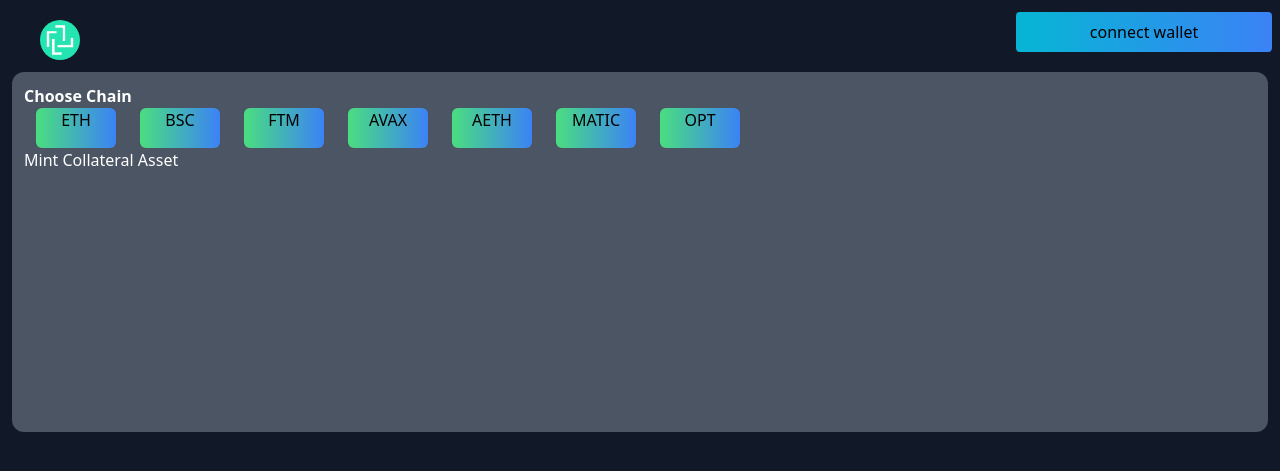
Repository: AstriaFinance/AstriaMvp
Page: /
These files come from the project's save history. The page is drawn as it stood at one moment and after the next save; the edit follows.
The browser window is 1280 px wide. The pictures show the whole page.
The project was rebuilt for these pictures with package versions that can differ from the ones it lists, and the page was loaded fresh each time. Also part of the build but not shown: src/components/Nav.jsx, src/components/ErrorPage.jsx.

Above is the page before, as saved 2022-07-04 10:17:48.

### src/index.css
@tailwind base;
@tailwind components;
@tailwind utilities;

@import url("https://fonts.googleapis.com/css2?family=Gentium+Book+Plus:ital@1&display=swap");

### src/App.js
import { Nav, Home, ErrorPage } from "./components";
import { BrowserRouter as Router, Routes, Route, Link } from "react-router-dom";
function App() {
  return (
    <Router>
      <Routes>
        <Route path="/" element={<Home />} />
        <Route path="/AstriaMvp" element={<Home />} />
        <Route path="*" element={<ErrorPage />} />
      </Routes>
    </Router>
  );
}

export default App;

### src/components/index.js
export { default as Nav } from "./Nav";
export { default as ErrorPage } from "./ErrorPage";
export { default as Home } from "./Home";

### src/components/Home.jsx
import React, { useEffect, useState } from "react";
import astriaPorta_abi from "../contracts/astriaPorta_abi.json";
import testEth_abi from "../contracts/testEth_abi";
import xap_abi from "../contracts/xap_abi.json";
import logo from "../static/astria2.jpg";
import { ethers } from "ethers";

const Home = () => {
  const contractAddress = "0x1b3781eA482113695622EF6C31Fb38c4e02C95A0";
  const testEthContractAddress = "0x8c5696f345827C2d5A7a2e48F815A428eCC87437";
  const xapContractAddress = "0x5272c7F5eA6E5F9bb88f20B9f47Bd0f29e5921EC";
  const [conButtonText, setConButtonText] = useState("connect wallet");
  const [errorMessage, setErrorMessage] = useState(null);
  const [defaultAccount, setDefaultAccount] = useState(null);
  const [provider, setProvider] = useState(null);
  const [signer, setSigner] = useState(null);
  const [contract, setContract] = useState(null);
  const [transferHash, setTransferHah] = useState(null);
  const [depositHash, setDepositHash] = useState(null);
  const [testEthContract, setTestEthContract] = useState(null);
  const [borrowHash, setBorrowHash] = useState(null);
  const [sendHash, setSendHash] = useState(null);
  const [xapContract, setxapContract] = useState(null);
  const [TausdBalance, setTausdBalance] = useState(null);
  const [TestBalance, setTestBalance] = useState(null);

  const connectWalletHandler = () => {
    if (window.ethereum) {
      window.ethereum
        .request({ method: "eth_requestAccounts" })
        .then((result) => {
          accountChangedHandler(result[0]);
          setConButtonText("Wallet connected");
        })
        .catch((error) => {
          setErrorMessage(error.message);
        });
    } else {
      console.log("Install Metamask");
      setErrorMessage("Please Install Metamask");
    }
    TausdbalanceHandler();
    testColleteralHandler();
  };

  const accountChangedHandler = (newAddress) => {
    setDefaultAccount(newAddress);
    updateEthers();
  };

  const updateEthers = () => {
    let tempProvider = new ethers.providers.Web3Provider(window.ethereum);
    let tempSigner = tempProvider.getSigner();
    let tempContract = new ethers.Contract(
      contractAddress,
      astriaPorta_abi,
      tempSigner
    );
    let testEthContract = new ethers.Contract(
      testEthContractAddress,
      testEth_abi,
      tempSigner
    );
    let xapContract = new ethers.Contract(
      xapContractAddress,
      xap_abi,
      tempSigner
    );
    setProvider(tempProvider);
    setSigner(tempSigner);
    setContract(tempContract);
    setTestEthContract(testEthContract);
    setxapContract(xapContract);
  };

  const mintHandler = async (e) => {
    e.preventDefault();
    let mintAmount = e.target.mintAmount.value;

    let txn = await contract.Mint(mintAmount);
    setTransferHah(txn);
  };

  const depositHandler = async (e) => {
    e.preventDefault();
    let depositAmount = e.target.depositAmount.value;

    let depositTxn = await contract.deposit(depositAmount);
    setDepositHash(depositTxn);
  };

  const borrowHandler = async (e) => {
    e.preventDefault();
    let borrowAmount = e.target.borrowAmount.value;
    let borrowtxn = await contract.borrow(borrowAmount);
    setBorrowHash(borrowtxn);
  };

  const sendTokenHandler = async (e) => {
    e.preventDefault();
    let messageFee = ethers.utils.parseEther("0.025");
    let tempSigner = signer.getAddress();
    let dstChainId = 10002;
    let to = tempSigner;
    let qty = e.target.qty.value;
    let zeroPaymentAddress = tempSigner;
    let adapterParam = "0x";
    let sendTokenTransaction = await xapContract.sendTokens(
      dstChainId,
      to,
      qty,
      zeroPaymentAddress,
      adapterParam,
      { value: ethers.utils.parseEther("0.01") }
    );
    setSendHash(sendTokenTransaction);
  };

  const approveTestEth = async (e) => {
    e.preventDefault();
    await testEthContract.approve(contractAddress, "9007199254740990");
  };

  const TausdbalanceHandler = async () => {
    let balanceTausdToken = await xapContract.balanceOf(defaultAccount);
    let balanceTausdNum = balanceTausdToken.toNumber();
    let decimals = await xapContract.decimals();
    let tokenBalance = balanceTausdNum / Math.pow(10, decimals);
    setTausdBalance(toFixed(tokenBalance));
  };

  const testColleteralHandler = async () => {
    let balanceTestToken = await testEthContract.balanceOf(defaultAccount);
    let balanceTestTokenNum = balanceTestToken.toNumber();
    let decimals = await testEthContract.decimals();
    let tokenBalance = balanceTestTokenNum / Math.pow(10, decimals);

    setTestBalance(toFixed(tokenBalance));
  };

  function toFixed(x) {
    if (Math.abs(x) < 1.0) {
      var e = parseInt(x.toString().split("e-")[1]);
      if (e) {
        x *= Math.pow(10, e - 1);
        x = "0." + new Array(e).join("0") + x.toString().substring(2);
      }
    } else {
      var e = parseInt(x.toString().split("+")[1]);
      if (e > 20) {
        e -= 20;
        x /= Math.pow(10, e);
        x += new Array(e + 1).join("0");
      }
    }
    return x;
  }
  useEffect(() => {
    if (contract != null) {
    }
  }, []);
  return (
    <div className="bg-gray-900 h-screen">
      <div className="flex justify-between">
        <img src={logo} alt="" className="h-10 mt-5 mx-10 rounded-full" />

        <button
          onClick={connectWalletHandler}
          className="bg-gradient-to-r from-cyan-500 to-blue-500 rounded w-64 h-10 mt-3 mr-2"
        >
          {conButtonText}
        </button>
      </div>
      <div className="bg-gray-600 rounded-xl h-1/2 mx-3 my-3 p-3">
        <h2 className="text-white font-bold ">Choose Chain</h2>
        <div className="flex  overflow-x-auto text-center">
          <div className=" bg-gradient-to-r from-green-400 to-blue-500 rounded-md h-10 w-20 items-center    mx-3">
            ETH
          </div>
          <div className="bg-gradient-to-r from-green-400 to-blue-500 rounded-md w-20  mx-3">
            BSC
          </div>
          <div className="bg-gradient-to-r from-green-400 to-blue-500 rounded-md w-20  mx-3">
            FTM
          </div>
          <div className="bg-gradient-to-r from-green-400 to-blue-500 rounded-md w-20  mx-3">
            AVAX
          </div>
          <div className="bg-gradient-to-r from-green-400 to-blue-500 rounded-md w-20  mx-3">
            AETH
          </div>
          <div className="bg-gradient-to-r from-green-400 to-blue-500 rounded-md w-20  mx-3">
            MATIC
          </div>
          <div className="bg-gradient-to-r from-green-400 to-blue-500 rounded-md w-20  mx-3">
            OPT
          </div>
        </div>
        <div>
          <div className="text-white">Mint Collateral Asset</div>
        </div>
      </div>
    </div>
  );
};

export default Home;

### src/contracts/astriaPorta_abi.json
[
	{
		"inputs": [
			{
				"internalType": "contract IXAP",
				"name": "_XAP",
				"type": "address"
			}
		],
		"stateMutability": "nonpayable",
		"type": "constructor"
	},
	{
		"anonymous": false,
		"inputs": [
			{
				"indexed": true,
				"internalType": "address",
				"name": "masterContract",
				"type": "address"
			},
			{
				"indexed": false,
				"internalType": "bytes",
				"name": "data",
				"type": "bytes"
			},
			{
				"indexed": true,
				"internalType": "address",
				"name": "cloneAddress",
				"type": "address"
			}
		],
		"name": "LogDeploy",
		"type": "event"
	},
	{
		"anonymous": false,
		"inputs": [
			{
				"indexed": false,
				"internalType": "address",
				"name": "to",
				"type": "address"
			},
			{
				"indexed": false,
				"internalType": "uint256",
				"name": "amount",
				"type": "uint256"
			}
		],
		"name": "Minted",
		"type": "event"
	},
	{
		"anonymous": false,
		"inputs": [
			{
				"indexed": false,
				"internalType": "address",
				"name": "from",
				"type": "address"
			},
			{
				"indexed": false,
				"internalType": "uint256",
				"name": "amount",
				"type": "uint256"
			}
		],
		"name": "borrowed",
		"type": "event"
	},
	{
		"anonymous": false,
		"inputs": [
			{
				"indexed": false,
				"internalType": "address",
				"name": "from",
				"type": "address"
			},
			{
				"indexed": false,
				"internalType": "uint256",
				"name": "amount",
				"type": "uint256"
			}
		],
		"name": "deposited",
		"type": "event"
	},
	{
		"inputs": [],
		"name": "BORROW_OPENING_FEE",
		"outputs": [
			{
				"internalType": "uint256",
				"name": "",
				"type": "uint256"
			}
		],
		"stateMutability": "view",
		"type": "function"
	},
	{
		"inputs": [],
		"name": "COLLATERIZATION_RATE",
		"outputs": [
			{
				"internalType": "uint256",
				"name": "",
				"type": "uint256"
			}
		],
		"stateMutability": "view",
		"type": "function"
	},
	{
		"inputs": [],
		"name": "LIQUIDATION_MULTIPLIER",
		"outputs": [
			{
				"internalType": "uint256",
				"name": "",
				"type": "uint256"
			}
		],
		"stateMutability": "view",
		"type": "function"
	},
	{
		"inputs": [
			{
				"internalType": "uint256",
				"name": "_amount",
				"type": "uint256"
			}
		],
		"name": "Mint",
		"outputs": [],
		"stateMutability": "nonpayable",
		"type": "function"
	},
	{
		"inputs": [],
		"name": "XAP",
		"outputs": [
			{
				"internalType": "contract IXAP",
				"name": "",
				"type": "address"
			}
		],
		"stateMutability": "view",
		"type": "function"
	},
	{
		"inputs": [
			{
				"internalType": "address",
				"name": "_spender",
				"type": "address"
			},
			{
				"internalType": "uint256",
				"name": "_amount",
				"type": "uint256"
			}
		],
		"name": "approve",
		"outputs": [],
		"stateMutability": "nonpayable",
		"type": "function"
	},
	{
		"inputs": [
			{
				"internalType": "uint256",
				"name": "amount",
				"type": "uint256"
			}
		],
		"name": "borrow",
		"outputs": [],
		"stateMutability": "nonpayable",
		"type": "function"
	},
	{
		"inputs": [
			{
				"internalType": "uint16",
				"name": "_dstChainId",
				"type": "uint16"
			},
			{
				"internalType": "bytes",
				"name": "_to",
				"type": "bytes"
			},
			{
				"internalType": "uint256",
				"name": "amount",
				"type": "uint256"
			},
			{
				"internalType": "address",
				"name": "_zroPaymentAddress",
				"type": "address"
			},
			{
				"internalType": "bytes",
				"name": "_adapterParam",
				"type": "bytes"
			}
		],
		"name": "borrowTo",
		"outputs": [],
		"stateMutability": "nonpayable",
		"type": "function"
	},
	{
		"inputs": [],
		"name": "collateral",
		"outputs": [
			{
				"internalType": "contract ITestETH",
				"name": "",
				"type": "address"
			}
		],
		"stateMutability": "view",
		"type": "function"
	},
	{
		"inputs": [
			{
				"internalType": "address",
				"name": "masterContract",
				"type": "address"
			},
			{
				"internalType": "bytes",
				"name": "data",
				"type": "bytes"
			},
			{
				"internalType": "bool",
				"name": "useCreate2",
				"type": "bool"
			}
		],
		"name": "deploy",
		"outputs": [
			{
				"internalType": "address",
				"name": "cloneAddress",
				"type": "address"
			}
		],
		"stateMutability": "payable",
		"type": "function"
	},
	{
		"inputs": [
			{
				"internalType": "uint256",
				"name": "amount",
				"type": "uint256"
			}
		],
		"name": "deposit",
		"outputs": [],
		"stateMutability": "payable",
		"type": "function"
	},
	{
		"inputs": [
			{
				"internalType": "address",
				"name": "",
				"type": "address"
			}
		],
		"name": "depositsToAmount",
		"outputs": [
			{
				"internalType": "uint256",
				"name": "",
				"type": "uint256"
			}
		],
		"stateMutability": "view",
		"type": "function"
	},
	{
		"inputs": [],
		"name": "feeTo",
		"outputs": [
			{
				"internalType": "address",
				"name": "",
				"type": "address"
			}
		],
		"stateMutability": "view",
		"type": "function"
	},
	{
		"inputs": [
			{
				"internalType": "bytes",
				"name": "data",
				"type": "bytes"
			}
		],
		"name": "init",
		"outputs": [],
		"stateMutability": "payable",
		"type": "function"
	},
	{
		"inputs": [
			{
				"internalType": "address",
				"name": "",
				"type": "address"
			}
		],
		"name": "masterContractOf",
		"outputs": [
			{
				"internalType": "address",
				"name": "",
				"type": "address"
			}
		],
		"stateMutability": "view",
		"type": "function"
	},
	{
		"inputs": [],
		"name": "oracle",
		"outputs": [
			{
				"internalType": "contract IOracle",
				"name": "",
				"type": "address"
			}
		],
		"stateMutability": "view",
		"type": "function"
	},
	{
		"inputs": [],
		"name": "oracleData",
		"outputs": [
			{
				"internalType": "bytes",
				"name": "",
				"type": "bytes"
			}
		],
		"stateMutability": "view",
		"type": "function"
	},
	{
		"inputs": [
			{
				"internalType": "contract ITestETH",
				"name": "_collateral",
				"type": "address"
			}
		],
		"name": "setTestColleteral",
		"outputs": [],
		"stateMutability": "nonpayable",
		"type": "function"
	},
	{
		"inputs": [],
		"name": "testColleteral",
		"outputs": [
			{
				"internalType": "contract ITestETH",
				"name": "",
				"type": "address"
			}
		],
		"stateMutability": "view",
		"type": "function"
	},
	{
		"inputs": [],
		"name": "totalDeposits",
		"outputs": [
			{
				"internalType": "uint256",
				"name": "",
				"type": "uint256"
			}
		],
		"stateMutability": "view",
		"type": "function"
	}
]

### src/contracts/testEth_abi.json
[
	{
		"inputs": [],
		"stateMutability": "nonpayable",
		"type": "constructor"
	},
	{
		"anonymous": false,
		"inputs": [
			{
				"indexed": true,
				"internalType": "address",
				"name": "owner",
				"type": "address"
			},
			{
				"indexed": true,
				"internalType": "address",
				"name": "spender",
				"type": "address"
			},
			{
				"indexed": false,
				"internalType": "uint256",
				"name": "value",
				"type": "uint256"
			}
		],
		"name": "Approval",
		"type": "event"
	},
	{
		"anonymous": false,
		"inputs": [
			{
				"indexed": true,
				"internalType": "address",
				"name": "previousOwner",
				"type": "address"
			},
			{
				"indexed": true,
				"internalType": "address",
				"name": "newOwner",
				"type": "address"
			}
		],
		"name": "OwnershipTransferred",
		"type": "event"
	},
	{
		"anonymous": false,
		"inputs": [
			{
				"indexed": true,
				"internalType": "address",
				"name": "from",
				"type": "address"
			},
			{
				"indexed": true,
				"internalType": "address",
				"name": "to",
				"type": "address"
			},
			{
				"indexed": false,
				"internalType": "uint256",
				"name": "value",
				"type": "uint256"
			}
		],
		"name": "Transfer",
		"type": "event"
	},
	{
		"inputs": [
			{
				"internalType": "address",
				"name": "owner",
				"type": "address"
			},
			{
				"internalType": "address",
				"name": "spender",
				"type": "address"
			}
		],
		"name": "allowance",
		"outputs": [
			{
				"internalType": "uint256",
				"name": "",
				"type": "uint256"
			}
		],
		"stateMutability": "view",
		"type": "function"
	},
	{
		"inputs": [
			{
				"internalType": "address",
				"name": "spender",
				"type": "address"
			},
			{
				"internalType": "uint256",
				"name": "amount",
				"type": "uint256"
			}
		],
		"name": "approve",
		"outputs": [
			{
				"internalType": "bool",
				"name": "",
				"type": "bool"
			}
		],
		"stateMutability": "nonpayable",
		"type": "function"
	},
	{
		"inputs": [
			{
				"internalType": "address",
				"name": "account",
				"type": "address"
			}
		],
		"name": "balanceOf",
		"outputs": [
			{
				"internalType": "uint256",
				"name": "",
				"type": "uint256"
			}
		],
		"stateMutability": "view",
		"type": "function"
	},
	{
		"inputs": [
			{
				"internalType": "uint256",
				"name": "amount",
				"type": "uint256"
			}
		],
		"name": "burn",
		"outputs": [],
		"stateMutability": "nonpayable",
		"type": "function"
	},
	{
		"inputs": [
			{
				"internalType": "address",
				"name": "account",
				"type": "address"
			},
			{
				"internalType": "uint256",
				"name": "amount",
				"type": "uint256"
			}
		],
		"name": "burnFrom",
		"outputs": [],
		"stateMutability": "nonpayable",
		"type": "function"
	},
	{
		"inputs": [],
		"name": "decimals",
		"outputs": [
			{
				"internalType": "uint8",
				"name": "",
				"type": "uint8"
			}
		],
		"stateMutability": "view",
		"type": "function"
	},
	{
		"inputs": [
			{
				"internalType": "address",
				"name": "spender",
				"type": "address"
			},
			{
				"internalType": "uint256",
				"name": "subtractedValue",
				"type": "uint256"
			}
		],
		"name": "decreaseAllowance",
		"outputs": [
			{
				"internalType": "bool",
				"name": "",
				"type": "bool"
			}
		],
		"stateMutability": "nonpayable",
		"type": "function"
	},
	{
		"inputs": [
			{
				"internalType": "address",
				"name": "spender",
				"type": "address"
			},
			{
				"internalType": "uint256",
				"name": "addedValue",
				"type": "uint256"
			}
		],
		"name": "increaseAllowance",
		"outputs": [
			{
				"internalType": "bool",
				"name": "",
				"type": "bool"
			}
		],
		"stateMutability": "nonpayable",
		"type": "function"
	},
	{
		"inputs": [
			{
				"internalType": "address",
				"name": "to",
				"type": "address"
			},
			{
				"internalType": "uint256",
				"name": "amount",
				"type": "uint256"
			}
		],
		"name": "mint",
		"outputs": [],
		"stateMutability": "nonpayable",
		"type": "function"
	},
	{
		"inputs": [],
		"name": "name",
		"outputs": [
			{
				"internalType": "string",
				"name": "",
				"type": "string"
			}
		],
		"stateMutability": "view",
		"type": "function"
	},
	{
		"inputs": [],
		"name": "owner",
		"outputs": [
			{
				"internalType": "address",
				"name": "",
				"type": "address"
			}
		],
		"stateMutability": "view",
		"type": "function"
	},
	{
		"inputs": [],
		"name": "renounceOwnership",
		"outputs": [],
		"stateMutability": "nonpayable",
		"type": "function"
	},
	{
		"inputs": [],
		"name": "symbol",
		"outputs": [
			{
				"internalType": "string",
				"name": "",
				"type": "string"
			}
		],
		"stateMutability": "view",
		"type": "function"
	},
	{
		"inputs": [],
		"name": "totalSupply",
		"outputs": [
			{
				"internalType": "uint256",
				"name": "",
				"type": "uint256"
			}
		],
		"stateMutability": "view",
		"type": "function"
	},
	{
		"inputs": [
			{
				"internalType": "address",
				"name": "to",
				"type": "address"
			},
			{
				"internalType": "uint256",
				"name": "amount",
				"type": "uint256"
			}
		],
		"name": "transfer",
		"outputs": [
			{
				"internalType": "bool",
				"name": "",
				"type": "bool"
			}
		],
		"stateMutability": "nonpayable",
		"type": "function"
	},
	{
		"inputs": [
			{
				"internalType": "address",
				"name": "from",
				"type": "address"
			},
			{
				"internalType": "address",
				"name": "to",
				"type": "address"
			},
			{
				"internalType": "uint256",
				"name": "amount",
				"type": "uint256"
			}
		],
		"name": "transferFrom",
		"outputs": [
			{
				"internalType": "bool",
				"name": "",
				"type": "bool"
			}
		],
		"stateMutability": "nonpayable",
		"type": "function"
	},
	{
		"inputs": [
			{
				"internalType": "address",
				"name": "newOwner",
				"type": "address"
			}
		],
		"name": "transferOwnership",
		"outputs": [],
		"stateMutability": "nonpayable",
		"type": "function"
	}
]

Loaded but not shown: public/index.html (common file); src/index.js (common file); src/reportWebVitals.js (common file); tailwind.config.js (common file); src/contracts/xap_abi.json (735 lines, source omitted)

After the next save:
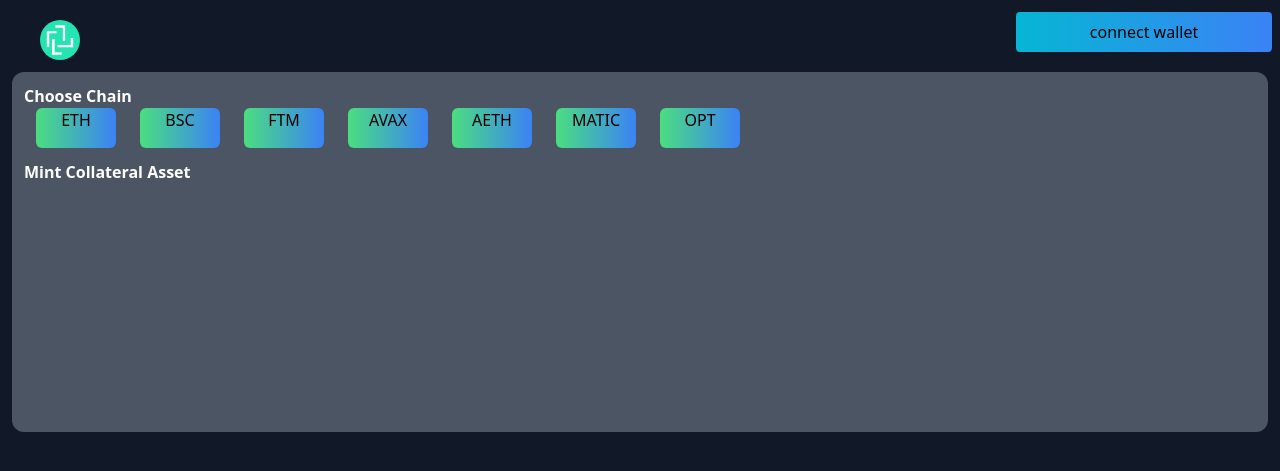
Saved 3 min 8 s later.
--- a/src/components/Home.jsx
+++ b/src/components/Home.jsx
@@ -197,7 +197,12 @@ const Home = () => {
           </div>
         </div>
         <div>
-          <div className="text-white">Mint Collateral Asset</div>
+          <div className="text-white font-bold mt-3">Mint Collateral Asset</div>
+          <div className="bg-gray-500">
+            <form action="">
+              <div></div>
+            </form>
+          </div>
         </div>
       </div>
     </div>
